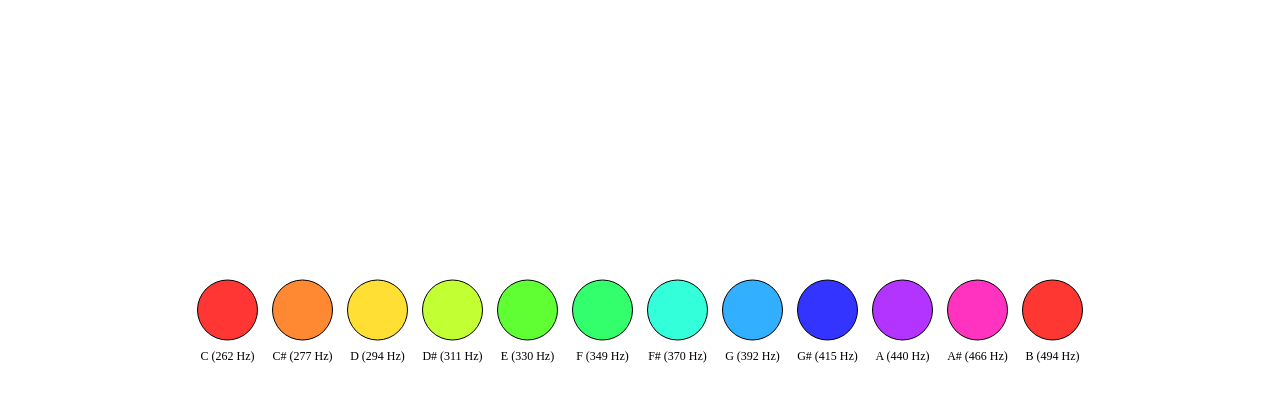
Repository: studiorichie/richielau.com
Page: assets/sound-to-color.html
An editor plug-in stored every save of this project. The page is shown before and after the next save, followed by the edit.
The browser window is 1280 px wide. The pictures show the whole page.

Above is the page before, as saved 2024-11-06 19:42:25.

After the next save:
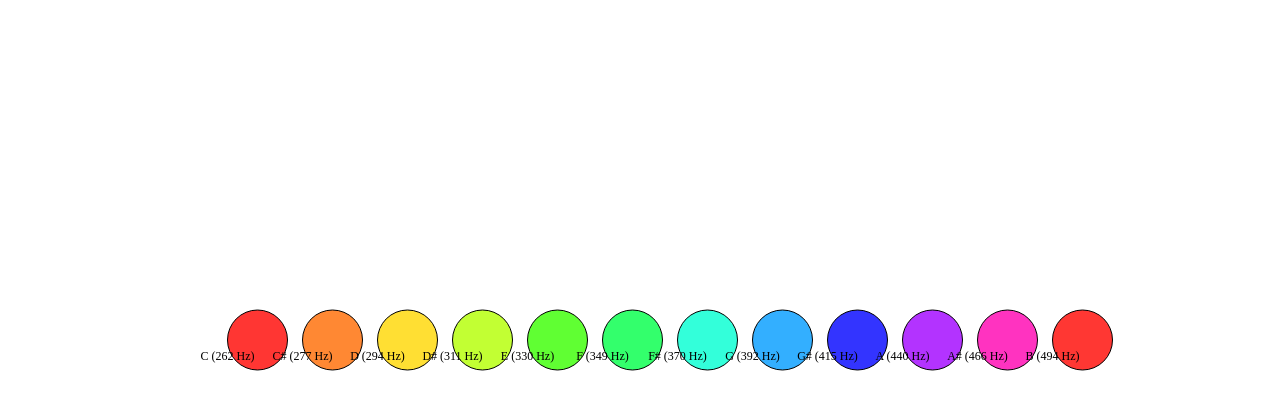
Saved 3 min 10 s later.
--- a/assets/sound-to-color.html
+++ b/assets/sound-to-color.html
@@ -49,8 +49,10 @@
             /* Remove any default focus outline */
             -webkit-tap-highlight-color: transparent;
             /* Remove flash effect on tap for mobile */
-            flex: 1 0 50px; /* Minimum width for each circle before wrapping */
-            margin: 5px; /* Space between circles */
+            flex: 1 0 50px;
+            /* Minimum width for each circle before wrapping */
+            margin: 5px;
+            /* Space between circles */
 
         }
 
@@ -170,6 +172,24 @@
             oscillator.start();
             oscillator.stop(context.currentTime + 0.5);
         }
+
+        function adjustCircleLayout() {
+            const svgWidth = document.getElementById("chart").clientWidth;
+            const circleRadius = 30;
+            const padding = 15;
+            const circlesPerRow = Math.floor(svgWidth / (circleRadius * 2 + padding));
+
+            d3.select("#chart")
+                .selectAll("circle")
+                .attr("cx", (d, i) => (i % circlesPerRow) * (circleRadius * 2 + padding) + circleRadius)
+                .attr("cy", (d, i) => Math.floor(i / circlesPerRow) * (circleRadius * 2 + padding) + circleRadius);
+        }
+
+        // Call adjustCircleLayout on page load and resize
+        adjustCircleLayout();
+        window.addEventListener("resize", adjustCircleLayout);
+
+
     </script>
 </body>
 
